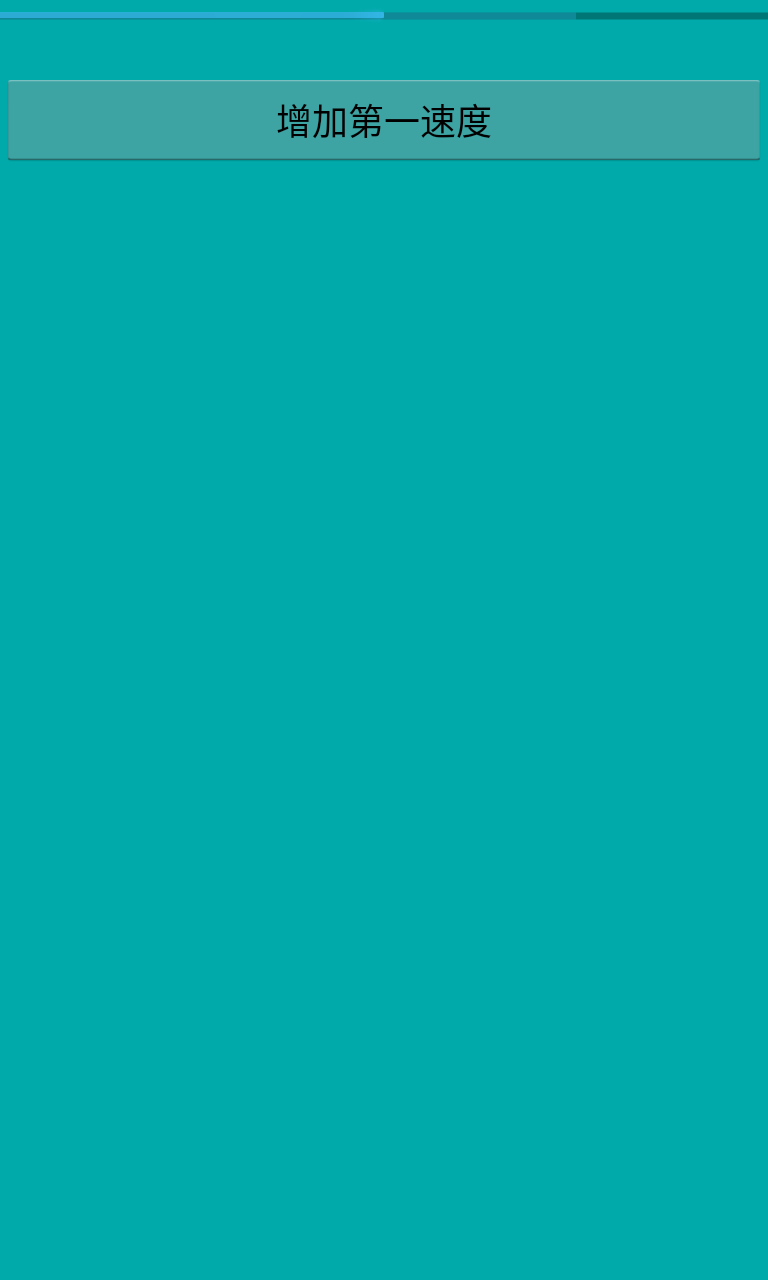
Repository: mrhanliang/Android_4.2
Layout: S01_E17_ProgressBar/res/layout/activity_main.xml
These files come from the project's save history. The layout is drawn as it stood at one moment and after the next save; the edit follows.
It is drawn on a 768 x 1280 px phone screen (xhdpi) without system bars, with theme AppTheme; the app's code is not run.

Above is the layout before, as saved 2015-12-04 13:37:39.

After the next save:
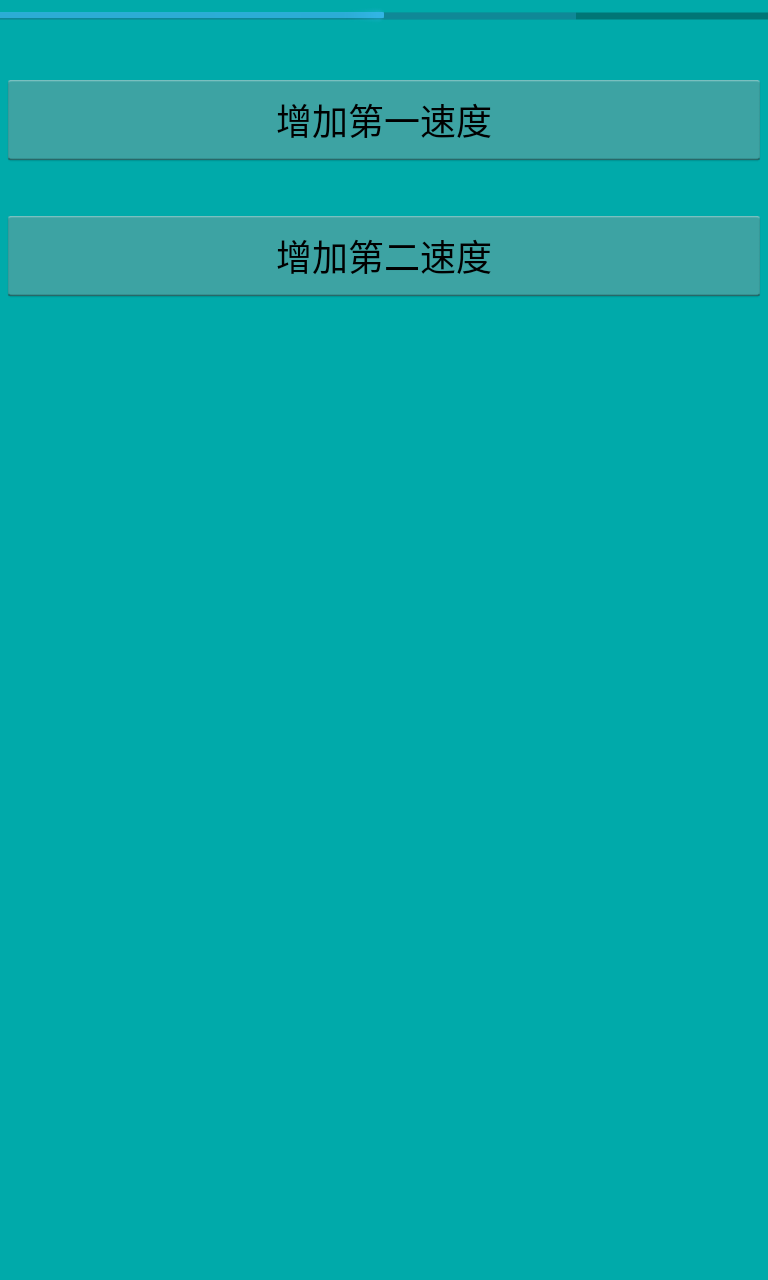
Saved 8 s later.
--- a/S01_E17_ProgressBar/res/layout/activity_main.xml
+++ b/S01_E17_ProgressBar/res/layout/activity_main.xml
@@ -31,6 +31,5 @@
         android:layout_marginTop="20dp"
         android:text="增加第二速度"
         android:layout_below="@id/firstButton"
-        android:layout_below="@id/secondButton"
         />
 </RelativeLayout>
